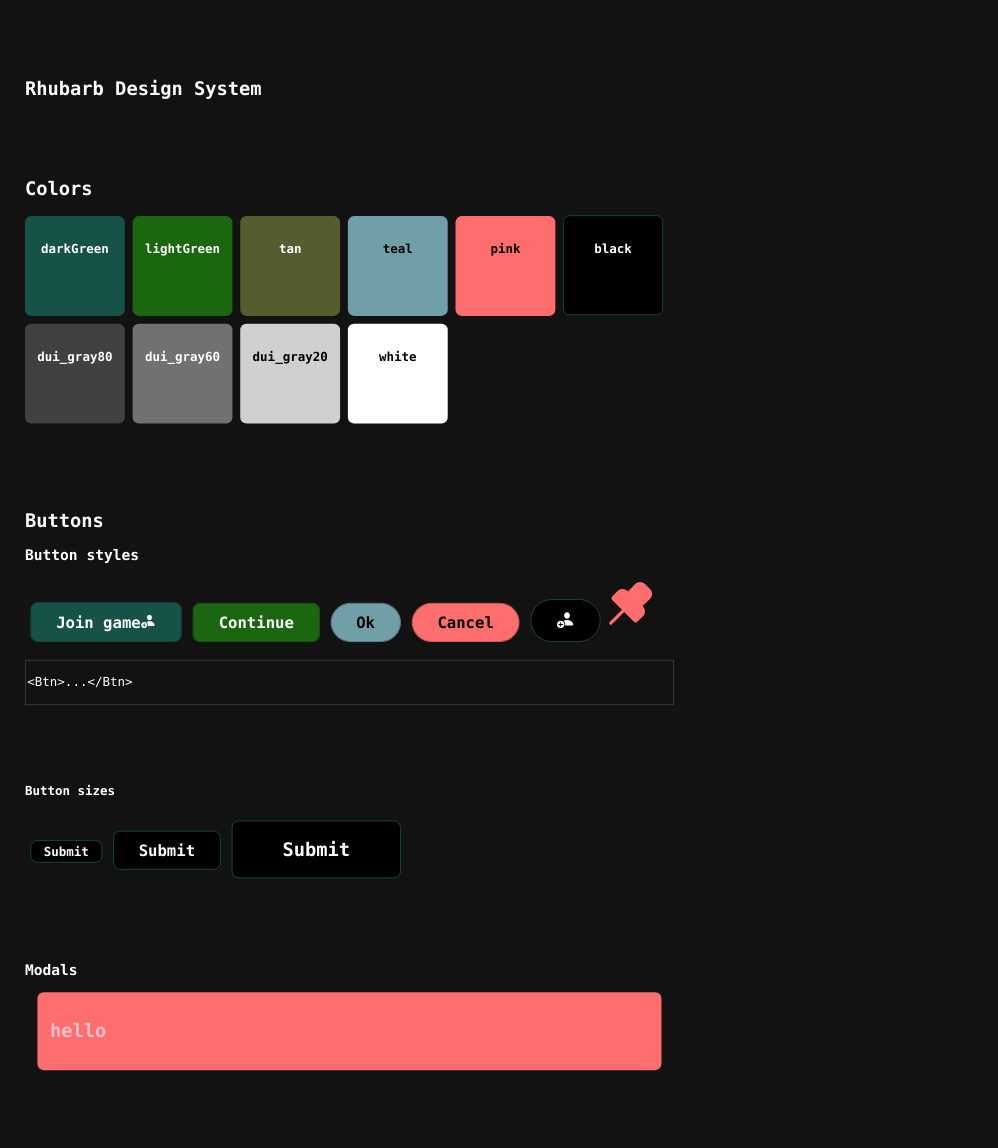
Repository: kttalley/designing-with-data_react-class
Page: / (app in lesson6_design-system-component-extension/)
These files come from the project's save history. The page is drawn as it stood at one moment and after the next save; the edit follows.
The browser window is 1280 px wide. The pictures show the whole page, at 78% of full size.
The project was rebuilt for these pictures with package versions that can differ from the ones it lists, and the page was loaded fresh each time. Imported but missing from the stored project, and not drawn on this page: lesson6_design-system-component-extension/src/Rhubarb/Input.

Above is the page before, as saved 2023-09-01 11:59:31.

After the next save:
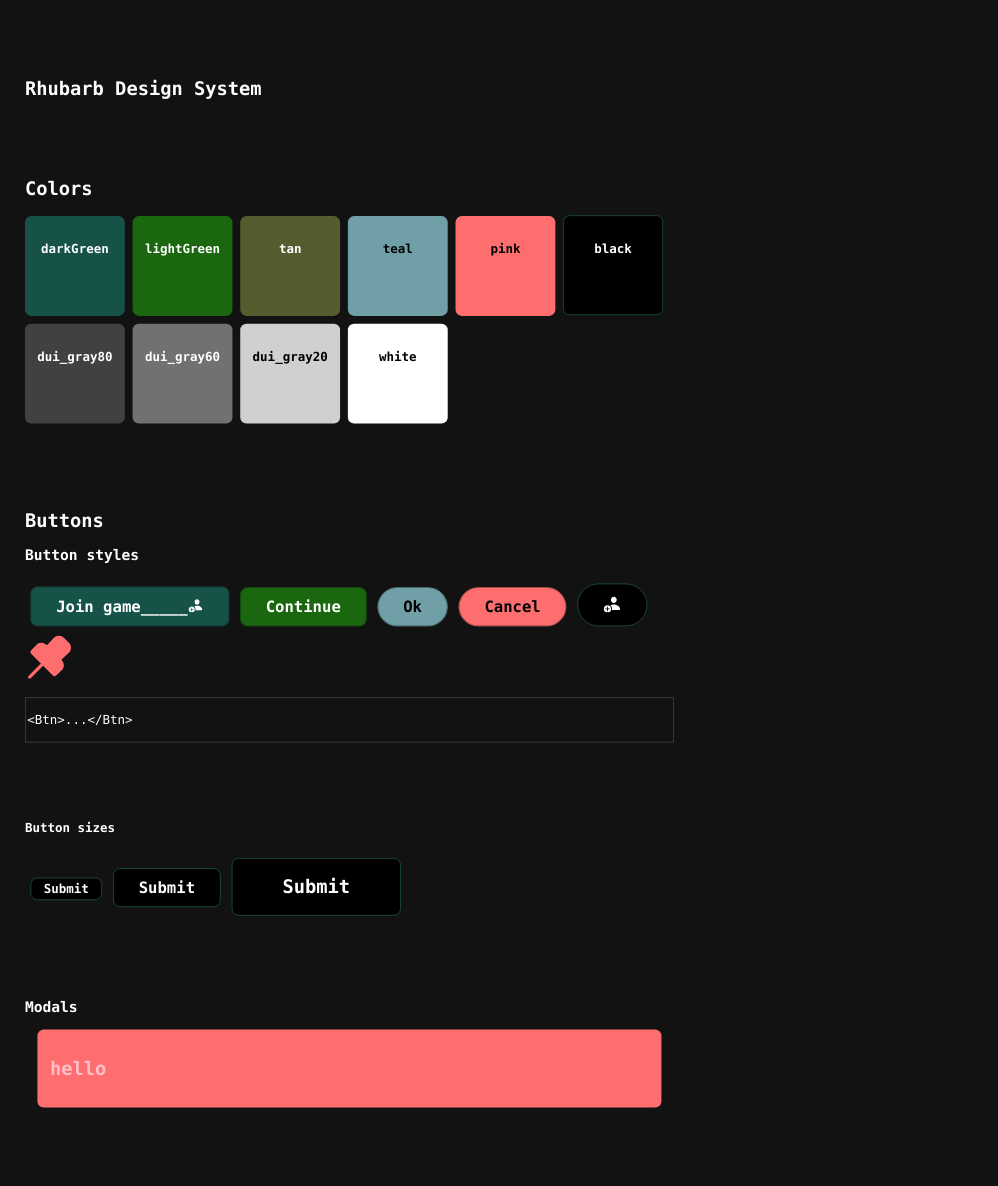
Saved 5 s later.
--- a/lesson6_design-system-component-extension/src/App.js
+++ b/lesson6_design-system-component-extension/src/App.js
@@ -37,7 +37,7 @@ class App extends Component {
           <h2>Buttons</h2>
           <h3>Button styles</h3>
           <Btn color="darkGreen">
-            Join game
+            Join game_____
             <Icon name="add" context="btn" color="#ffffff" size={fontSize[2]}></Icon>
           </Btn>
           <Btn color="lightGreen">Continue</Btn>
